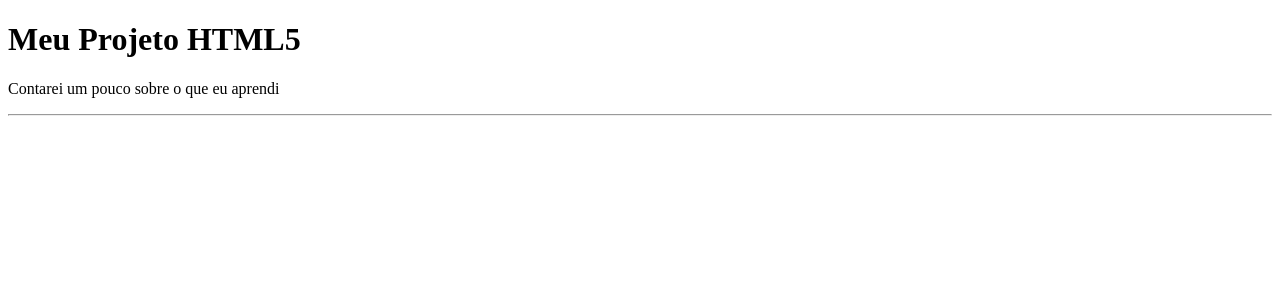
Repository: gustavotwist/meu-html
Page: index.html
These files come from the project's save history. The page is drawn as it stood at one moment and after the next save; the edit follows.
The browser window is 1280 px wide. The pictures show the whole page.

Above is the page before, as saved 2024-04-24 21:52:54.

### index.html
<!DOCTYPE html>
<html lang="pt-br">
<head>
    <meta charset="UTF-8">
    <meta name="viewport" content="width=device-width, initial-scale=1.0">
    <title>Projeto HTML</title>
</head>
<body>
    <h1>Meu Projeto HTML5</h1>
    Contarei um pouco sobre o que eu aprendi</p><hr>


</body>
</html>

After the next save:
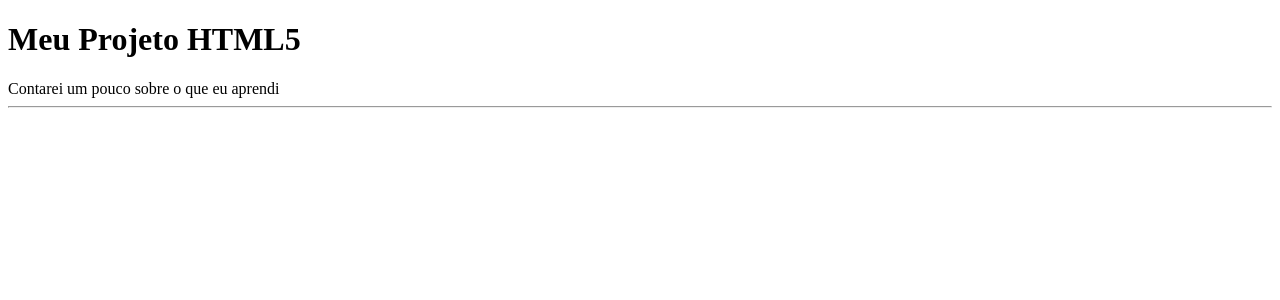
Saved 4 s later.
--- a/index.html
+++ b/index.html
@@ -7,7 +7,7 @@
 </head>
 <body>
     <h1>Meu Projeto HTML5</h1>
-    Contarei um pouco sobre o que eu aprendi</p><hr>
+    Contarei um pouco sobre o que eu aprendi<hr>
 
 
 </body>
